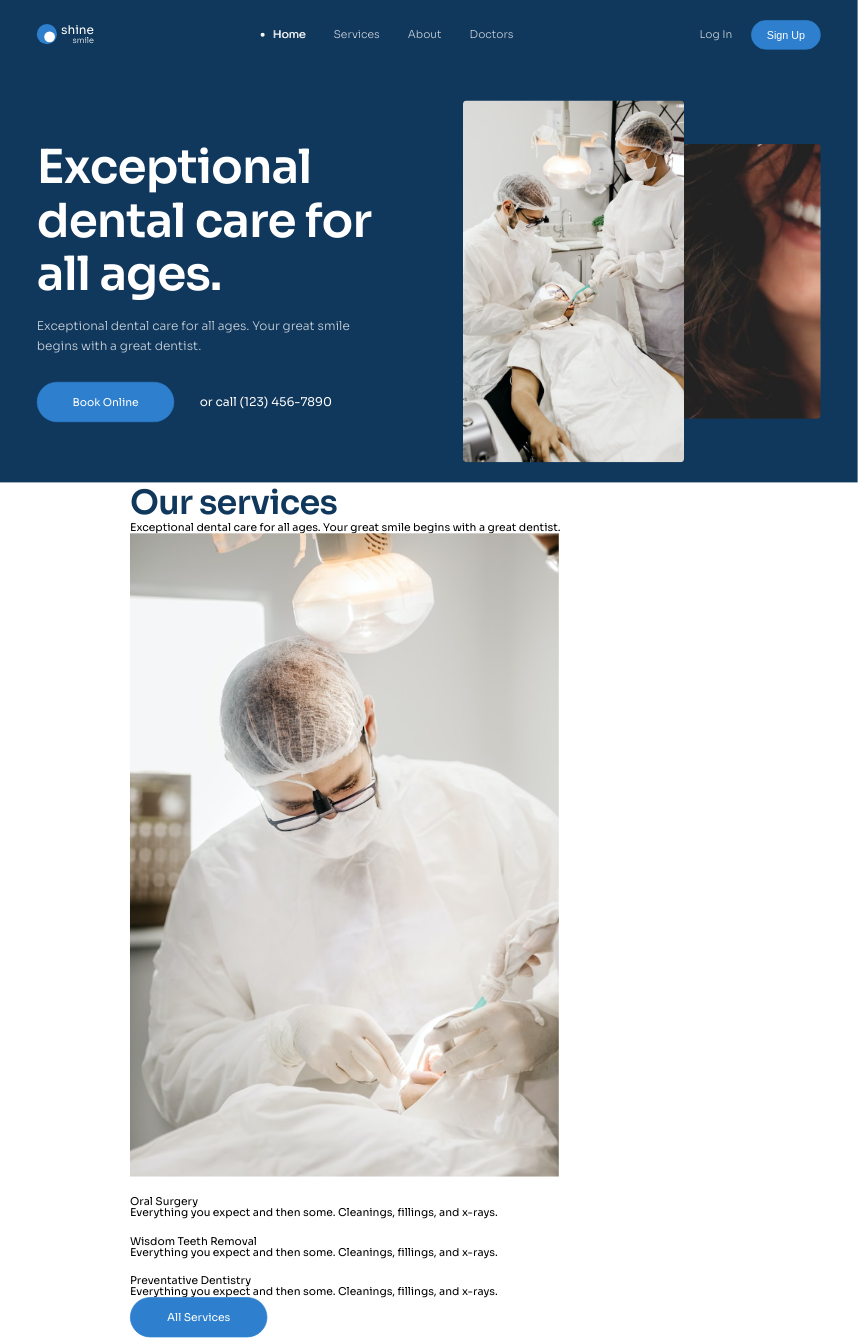
Repository: anhtien111198/f8-htmlcss-03
Page: index.html
These files come from the project's save history. The page is drawn as it stood at one moment and after the next save; the edit follows.
The browser window is 1280 px wide. The pictures show the whole page, at 67% of full size.

Above is the page before, as saved 2023-05-12 16:37:06.

After the next save:
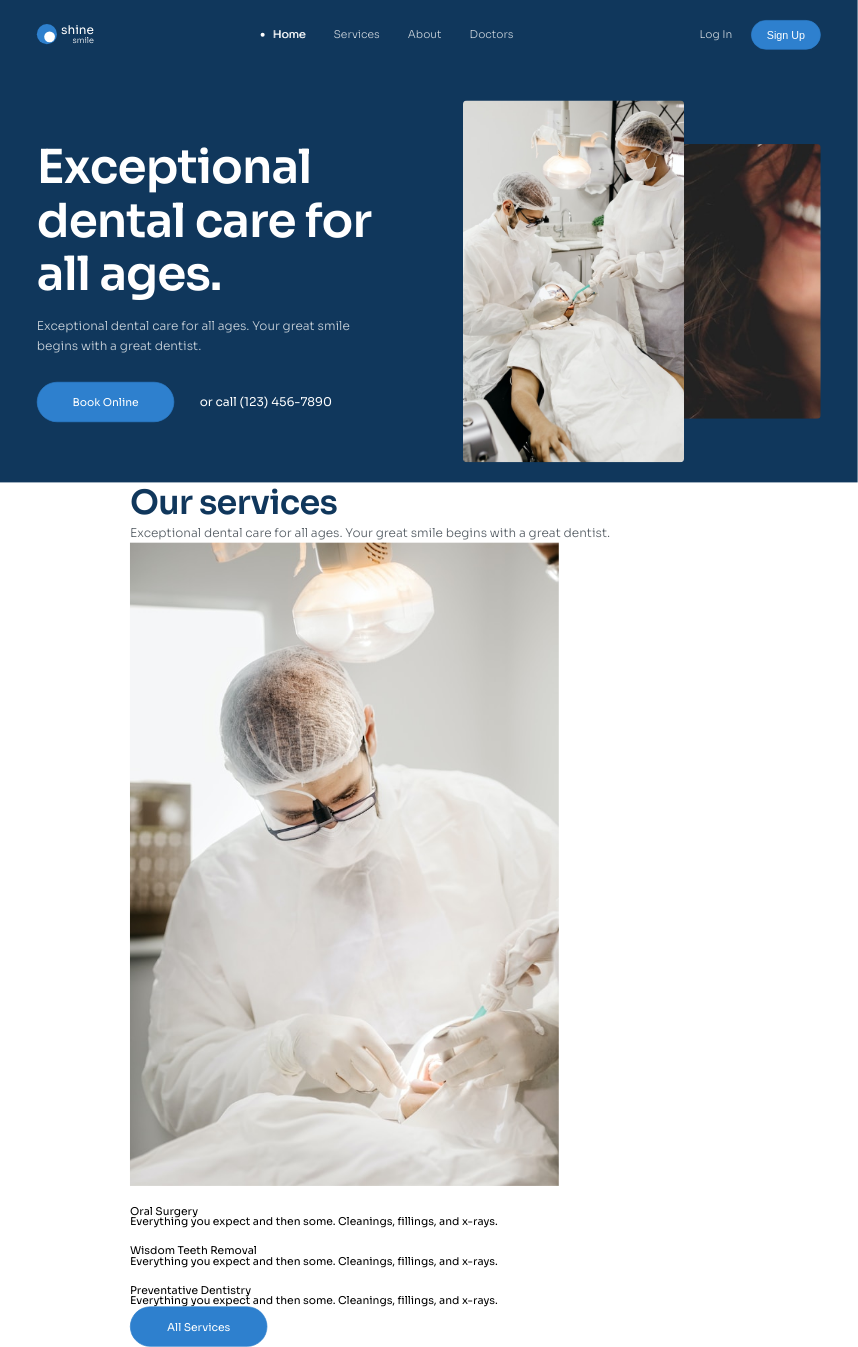
Saved 86 s later.
--- a/assets/css/style.css
+++ b/assets/css/style.css
@@ -46,6 +46,12 @@ a {
     letter-spacing: -0.02em;
     color: #10375c;
 }
+.section-desc {
+    font-weight: 300;
+    font-size: 1.8rem;
+    line-height: 1.67;
+    color: #575f66;
+}
 /* ========header============= */
 .header {
     min-height: 100vh;
